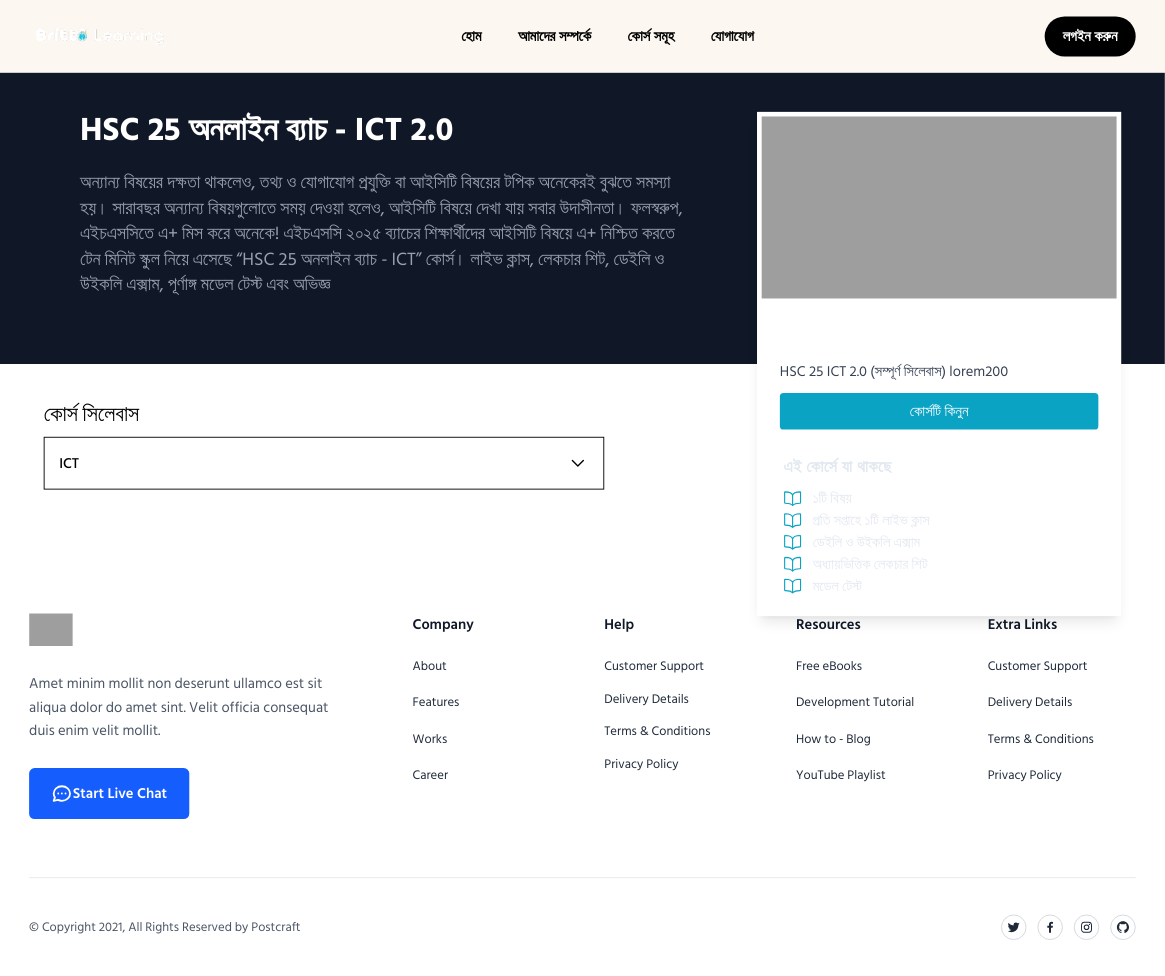
Repository: Ruddro420/course-selling
Page: /single-course
The author's editor kept a copy of each file at every save. The page is drawn from the files as they stood at one save, then again after the next save.
The browser window is 1280 px wide. The pictures show the whole page, at 91% of full size.
Pictures or frames that could not be fetched are drawn as grey boxes. The project was rebuilt for these pictures with package versions that can differ from the ones it lists, and the page was loaded fresh each time. Also part of the build but not shown: vite.config.js, src/components/AboutSection.jsx, src/components/ContactSection.jsx, src/components/CourseSection.jsx, src/components/Hero.jsx, src/components/TeamSection.jsx, src/components/WhyUsSection.jsx, src/pages/Home.jsx and 2 more.

Above is the page before, as saved 2025-02-06 03:52:49.

### index.html
<!doctype html>
<html lang="en">

<head>
  <meta charset="UTF-8" />
  <link rel="icon" type="image/svg+xml" href="/img/fav-icon.jpg" />
  <meta name="viewport" content="width=device-width, initial-scale=1.0" />
  <link rel="preconnect" href="https://fonts.googleapis.com">
  <link rel="preconnect" href="https://fonts.gstatic.com" crossorigin>
  <link href="https://fonts.googleapis.com/css2?family=Hind+Siliguri:wght@300;400;500;600;700&display=swap"
    rel="stylesheet">
  <title>Britto Learning</title>
</head>

<body>
  <div id="root"></div>
  <script type="module" src="/src/main.jsx"></script>
</body>

</html>

### src/main.jsx
import { StrictMode } from 'react'
import { createRoot } from 'react-dom/client'
import './index.css'
import {
  createBrowserRouter,
  RouterProvider,
} from "react-router-dom";
import Home from './pages/Home.jsx';
import MainLayout from './MainLayout/MainLayout.jsx';
import LoginPage from './pages/LoginPage.jsx';
import AuthPage from './pages/AuthPage.jsx';
import CoursePage from './pages/CoursePage.jsx';

const router = createBrowserRouter([
  {
    path: "/",
    element: <MainLayout />,
    children: [
      {
        path: '/',
        element: <Home />
      },
      {
        path: '/single-course',
        element: <CoursePage />
      }
    ]
  },
  {
    path: '/login',
    element: <LoginPage />
  },
  {
    path: '/register',
    element: <AuthPage />
  }
]);

createRoot(document.getElementById('root')).render(
  <StrictMode>
    <RouterProvider router={router} />
  </StrictMode>,
)

### src/index.css
@import "tailwindcss";
/* Hind Siliguri Font */
@import url('https://fonts.googleapis.com/css2?family=Hind+Siliguri:wght@300;400;500;600;700&display=swap');

/* Basic Setup */
body {
  font-family: "Hind Siliguri", serif!important;
}
.course{
  padding-top: 4rem;
}

.main-card{
  border: 5px solid white;
  width: 400px;
}
.hero-cards{
  margin-top: 200px;
}
.card-vedio{
  height: 200px;
}


.sylebus{
  width: 616px;
}

@media(max-width:768px){

  .course-hero-section {

      height: 550px;
      margin-bottom: 400px;
  }
  .course{
      /* height: 550px; */

  }
  .course-hero{
      margin-top: 330px;
  }
  .hero-cards{
      margin-top: 0px;
      padding-top: 10px;
  }
  .hero-cards2{
      margin-top: 0px;
      padding-top: 0px;
  }
  .main-card{
      border: 5px solid white;
      width: 350px;
      margin: auto;
  }
  .sylebus{
      width: 360px;
  }

}

### src/MainLayout/MainLayout.jsx
import { Outlet } from "react-router-dom";
import Header from "../components/Header";
import MainFooter from "../components/MainFooter";

const MainLayout = () => {
    return (
        <div>
            <Header />
            <Outlet />
            <MainFooter />
        </div>
    );
};

export default MainLayout;

### src/pages/CoursePage.jsx

import CourseHero from '../components/courseComponent/CourseHero';
import CourseSylabus from '../components/courseComponent/CourseSylabus';

const CoursePage = () => {
  return (
    <>
      <CourseHero />
      <CourseSylabus/>
    </>
  );
};

export default CoursePage;

### src/components/Header.jsx
import { Link } from "react-router-dom";

const Header = () => {
    return (
        <div>
            <header className="bg-[#FCF8F1] bg-opacity-30">
                <div className="px-4 mx-auto sm:px-6 lg:px-8">
                    <div className="flex items-center justify-between h-16 lg:h-20">
                        <div className="flex-shrink-0">
                            <a href="#" title="" className="flex">
                                <img className="w-auto h-8" src="../../img/logo.png" alt="" />
                            </a>
                        </div>

                        <button type="button" className="inline-flex p-2 text-black transition-all duration-200 rounded-md lg:hidden focus:bg-gray-100 hover:bg-gray-100">
                            {/*    <!-- Menu open: "hidden", Menu closed: "block" --> */}
                            <svg className="block w-6 h-6" xmlns="http://www.w3.org/2000/svg" fill="none" viewBox="0 0 24 24" stroke="currentColor">
                                <path strokeLinecap="round" strokeLinejoin="round" strokeWidth="2" d="M4 8h16M4 16h16"></path>
                            </svg>

                            {/*  <!-- Menu open: "block", Menu closed: "hidden" --> */}
                            <svg className="hidden w-6 h-6" xmlns="http://www.w3.org/2000/svg" fill="none" viewBox="0 0 24 24" stroke="currentColor">
                                <path strokeLinecap="round" strokeLinejoin="round" strokeWidth="2" d="M6 18L18 6M6 6l12 12"></path>
                            </svg>
                        </button>

                        <div className="hidden lg:flex lg:items-center lg:justify-center lg:space-x-10">
                            <a href="#" title="" className="text-base text-black transition-all duration-200 hover:text-opacity-80 font-bold"> হোম </a>

                            <a href="#" title="" className="text-base text-black transition-all duration-200 hover:text-opacity-80 font-bold"> আমাদের সম্পর্কে </a>

                            <a href="#" title="" className="text-base text-black transition-all duration-200 hover:text-opacity-80 font-bold"> কোর্স সমূহ </a>

                            <a href="#" title="" className="text-base text-black transition-all duration-200 hover:text-opacity-80 font-bold"> যোগাযোগ </a>
                        </div>

                        <Link to='/login' href="#" title="" className="hidden lg:inline-flex items-center justify-center px-5 py-2.5 text-base transition-all duration-200 hover:bg-yellow-300 hover:text-black focus:text-black focus:bg-yellow-300 font-semibold text-white bg-black rounded-full" role="button"> লগইন করুন </Link>
                    </div>
                </div>
            </header>
        </div>
    );
};

export default Header;

### src/components/courseComponent/CourseHero.jsx
import { IoBookOutline } from "react-icons/io5";

const CourseHero = () => {
  return (
    <div>
    <div className="bg-gray-900 py-20 course-hero-section  h-80 flex items-center justify-between mx-auto p-4">
      <div className="container mx-auto mt-10 max-w-screen-xl md:px-12">
        <div className="flex flex-col course-hero md:flex-row md:gap-12">

          <div className="md:w-1/2 lg:w-2/3 pt-20 px-6 flex-grow hero-cards">
            <h1 className=" md:text-4xl text-xl text-white font-bold mb-6">
              HSC 25 অনলাইন ব্যাচ - ICT 2.0
            </h1>
            <p className="text-md md:text-xl lg:text-xl text-gray-400 mb-8">
              অন্যান্য বিষয়ের দক্ষতা থাকলেও, তথ্য ও যোগাযোগ প্রযুক্তি বা
              আইসিটি বিষয়ের টপিক অনেকেরই বুঝতে সমস্যা হয়। সারাবছর অন্যান্য
              বিষয়গুলোতে সময় দেওয়া হলেও, আইসিটি বিষয়ে দেখা যায় সবার উদাসীনতা।
              ফলস্বরুপ, এইচএসসিতে এ+ মিস করে অনেকে! এইচএসসি ২০২৫ ব্যাচের
              শিক্ষার্থীদের আইসিটি বিষয়ে এ+ নিশ্চিত করতে টেন মিনিট স্কুল নিয়ে
              এসেছে “HSC 25 অনলাইন ব্যাচ - ICT” কোর্স। লাইভ ক্লাস, লেকচার শিট,
              ডেইলি ও উইকলি এক্সাম, পূর্ণাঙ্গ মডেল টেস্ট এবং অভিজ্ঞ
            </p>
          </div>

          <div className="md:w-1/2 lg:w-1/3 z-40  pt-20  md:mt-12  flex-shrink-0 hero-cards hero-cards2">
            <div className="max-w-md pb-4  bg-white  border-gray-200 dark:bg-gray-800 dark:border-gray-700  shadow-lg main-card">
              <a href="#">
                <iframe
                  className="w-full card-vedio"
                  src="https://www.youtube.com/embed/IjlYXtI2-GU?si=gBJ8wmkM5Jta3u4m"
                  title="YouTube video player"
                  frameBorder="0"
                  allow="accelerometer; autoplay; clipboard-write; encrypted-media; gyroscope; picture-in-picture; web-share"
                  referrerPolicy="strict-origin-when-cross-origin"
                  allowFullScreen
                ></iframe>
              </a>
              {/* Fee-container */}
              <div className="suggestion-pricing dark:text-white">
                <div className="p-5">
                  <a href="#">
                    <h5 className="mb-2 text-2xl font-bold tracking-tight text-gray-900 dark:text-white">
                      <span className="text-4xl font-semibold text-white tracking-tighter">
                        ৳1500
                      </span>
                    </h5>
                  </a>
                  <p className="mb-3 font-normal dark:text-white text-gray-700">
                    HSC 25 ICT 2.0 (সম্পূর্ণ সিলেবাস) lorem200
                  </p>
                  <button className="bg-[#0BA3C4] whitespace-nowrap text-center md:w-full w-full rounded py-2 lg:py-2 text-white ">
                    কোর্সটি কিনুন
                  </button>
                </div>

                <div className="">
                  <h3 className="text-lg  font-bold text-slate-200 tracking-wide uppercase px-6 py-2">
                    এই কোর্সে যা থাকছে
                  </h3>
                  <li className="flex space-x-3 items-center px-6">
                    <IoBookOutline className="flex-shrink-0  h-5 w-5 text-[#0BA3C4]" />
                    <span className="text-base text-slate-200">১টি বিষয়</span>
                  </li>
                  <li className="flex space-x-3 items-center px-6">
                    <IoBookOutline className="flex-shrink-0  h-5 w-5 text-[#0BA3C4]" />
                    <span className="text-base text-slate-200">
                      প্রতি সপ্তাহে ১টি লাইভ ক্লাস
                    </span>
                  </li>
                  <li className="flex space-x-3 items-center px-6">
                    <IoBookOutline className="flex-shrink-0  h-5 w-5 text-[#0BA3C4]" />
                    <span className="text-base text-slate-200">
                      ডেইলি ও উইকলি এক্সাম
                    </span>
                  </li>
                  <li className="flex space-x-3 items-center px-6">
                    <IoBookOutline className="flex-shrink-0  h-5 w-5 text-[#0BA3C4]" />
                    <span className="text-base text-slate-200">
                      অধ্যায়ভিত্তিক লেকচার শিট
                    </span>
                  </li>
                  <li className="flex space-x-3 items-center px-6">
                    <IoBookOutline className="flex-shrink-0  h-5 w-5 text-[#0BA3C4]" />
                    <span className="text-base text-slate-200">
                      মডেল টেস্ট
                    </span>
                  </li>
                </div>
              </div>
            </div>
          </div>


        </div>
      </div>
    </div>
  </div>
  );
};

export default CourseHero;

### src/components/courseComponent/CourseSylabus.jsx
import Dropdown from "./Dropdown";

const CourseSylabus = () => {
  return (
    <div>
      <div className="container mx-auto  mt-10 max-w-screen-xl px-6 md:px-12 mb-10">
        <div className="grid grid-cols-1  sm:grid-cols-2 md:grid-cols-3 lg:grid-cols-4">
          <h2 className="text-2xl mb-2 dark:text-white">কোর্স  সিলেবাস</h2>
        </div>

        <Dropdown heading = "ICT" description = {
         <>
                    <p className="group-open:animate-fadeIn mt-3 text-neutral-600 ">অধ্যায়-১ : তথ্য ও যোগাযোগ প্রযুক্তি: বিশ্ব ও বাংলাদেশ প্রেক্ষিত
                    </p>
                    <hr />
                    <p className="group-open:animate-fadeIn mt-3 text-neutral-600">অধ্যায়-১ : তথ্য ও যোগাযোগ প্রযুক্তি: বিশ্ব ও বাংলাদেশ প্রেক্ষিত
                    </p>
                    <hr />
                    <p className="group-open:animate-fadeIn mt-3 text-neutral-600">অধ্যায়-১ : তথ্য ও যোগাযোগ প্রযুক্তি: বিশ্ব ও বাংলাদেশ প্রেক্ষিত
                    </p>
                    <hr />
                    <p className="group-open:animate-fadeIn mt-3 text-neutral-600">অধ্যায়-১ : তথ্য ও যোগাযোগ প্রযুক্তি: বিশ্ব ও বাংলাদেশ প্রেক্ষিত
                    </p>
                    <hr />
                    <p className="group-open:animate-fadeIn mt-3 text-neutral-600">অধ্যায়-১ : তথ্য ও যোগাযোগ প্রযুক্তি: বিশ্ব ও বাংলাদেশ প্রেক্ষিত
                    </p>
                    <hr />
         </>
          }/>

      </div>
    </div>
  );
};

export default CourseSylabus;

### src/components/courseComponent/Dropdown.jsx
/* eslint-disable react/prop-types */


const Dropdown = ({ heading, description }) => {

    return (
      <>
     <div className="p-0 border sylebus ">
          <details className="group">
            <summary className="flex dark:bg-gray-700 dark:text-white p-4 cursor-pointer list-none items-center justify-between font-medium">
              <span>{heading}</span>
              <span className="transition group-open:rotate-180">
                <svg
                  fill="none"
                  height="24"
                  shapeRendering="geometricPrecision"
                  stroke="currentColor"
                  strokeLinecap="round"
                  strokeLinejoin="round"
                  strokeWidth="1.5"
                  viewBox="0 0 24 24"
                  width="24"
                >
                  <path d="M6 9l6 6 6-6"></path>
                </svg>
              </span>
            </summary>
            <p className="group-open:animate-fadeIn mt-3 px-4 pb-4 dark:text-white text-neutral-600">
              {description}
            </p>
          </details>
        </div>


      </>
    );
  };

  export default Dropdown;

Loaded but not shown: src/components/MainFooter.jsx (182 lines, source omitted)

After the next save:
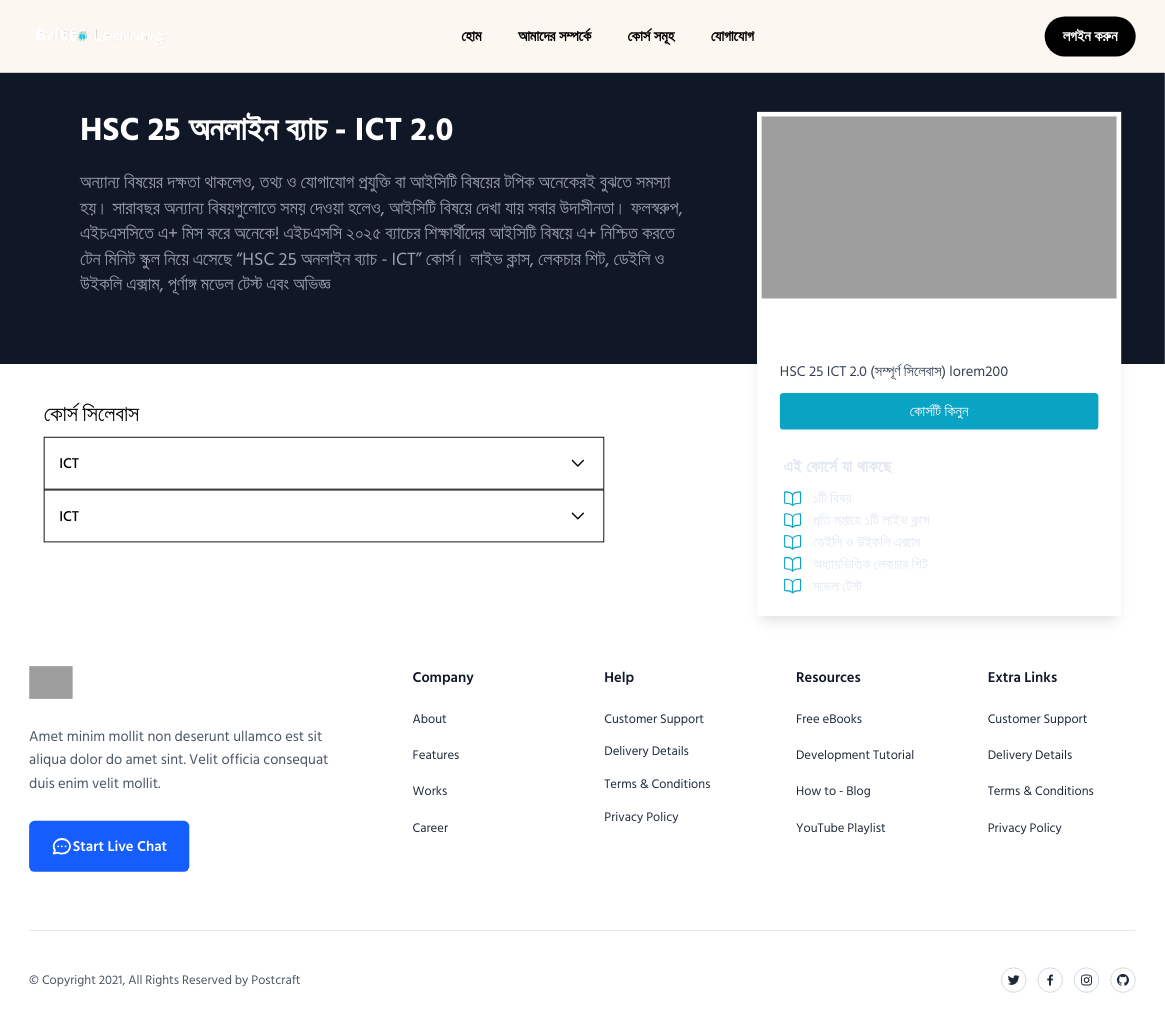
Saved 36 s later.
--- a/src/components/courseComponent/CourseSylabus.jsx
+++ b/src/components/courseComponent/CourseSylabus.jsx
@@ -27,6 +27,25 @@ const CourseSylabus = () => {
                     <hr />
          </>
           }/>
+        <Dropdown heading = "ICT" description = {
+         <>
+                    <p className="group-open:animate-fadeIn mt-3 text-neutral-600 ">অধ্যায়-১ : তথ্য ও যোগাযোগ প্রযুক্তি: বিশ্ব ও বাংলাদেশ প্রেক্ষিত
+                    </p>
+                    <hr />
+                    <p className="group-open:animate-fadeIn mt-3 text-neutral-600">অধ্যায়-১ : তথ্য ও যোগাযোগ প্রযুক্তি: বিশ্ব ও বাংলাদেশ প্রেক্ষিত
+                    </p>
+                    <hr />
+                    <p className="group-open:animate-fadeIn mt-3 text-neutral-600">অধ্যায়-১ : তথ্য ও যোগাযোগ প্রযুক্তি: বিশ্ব ও বাংলাদেশ প্রেক্ষিত
+                    </p>
+                    <hr />
+                    <p className="group-open:animate-fadeIn mt-3 text-neutral-600">অধ্যায়-১ : তথ্য ও যোগাযোগ প্রযুক্তি: বিশ্ব ও বাংলাদেশ প্রেক্ষিত
+                    </p>
+                    <hr />
+                    <p className="group-open:animate-fadeIn mt-3 text-neutral-600">অধ্যায়-১ : তথ্য ও যোগাযোগ প্রযুক্তি: বিশ্ব ও বাংলাদেশ প্রেক্ষিত
+                    </p>
+                    <hr />
+         </>
+          }/>
 
       </div>
     </div>
